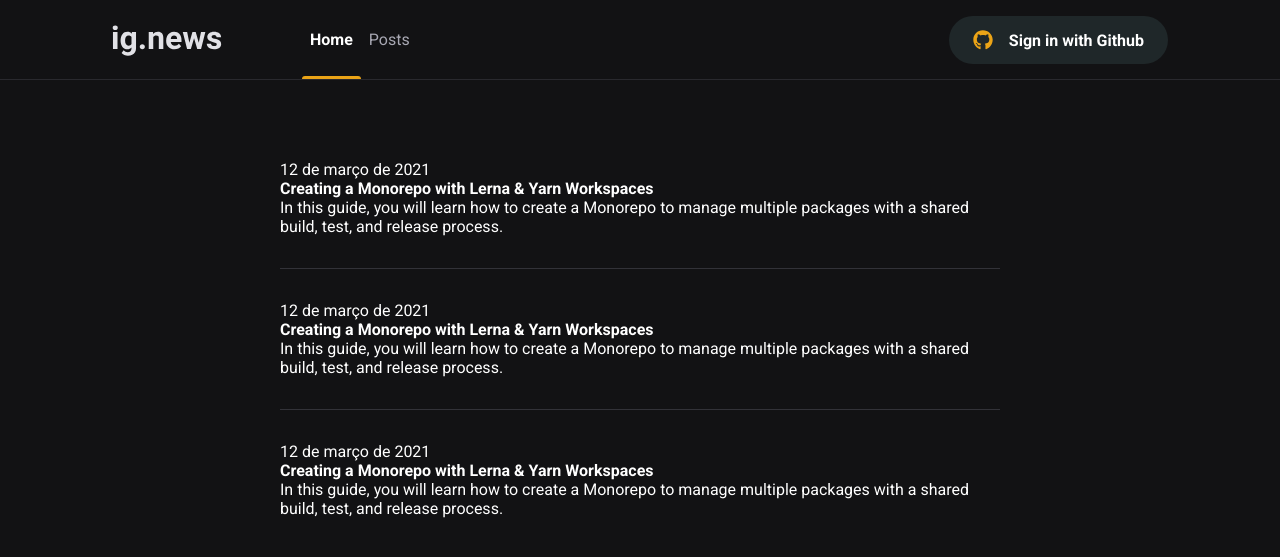
Repository: savinnsk/ignews
Page: /posts
The author's editor kept a copy of each file at every save. The page is drawn from the files as they stood at one save, then again after the next save.
The browser window is 1280 px wide. The pictures show the whole page.
The page's requests for data from a server got no answer. The project was rebuilt for these pictures with package versions that can differ from the ones it lists, and the page was loaded fresh each time. The framework's server and built-in components were replaced by stand-ins that run in the browser. No one was signed in, and anything a server would have sent is missing.

Above is the page before, as saved 2021-06-24 21:28:58.

After the next save:
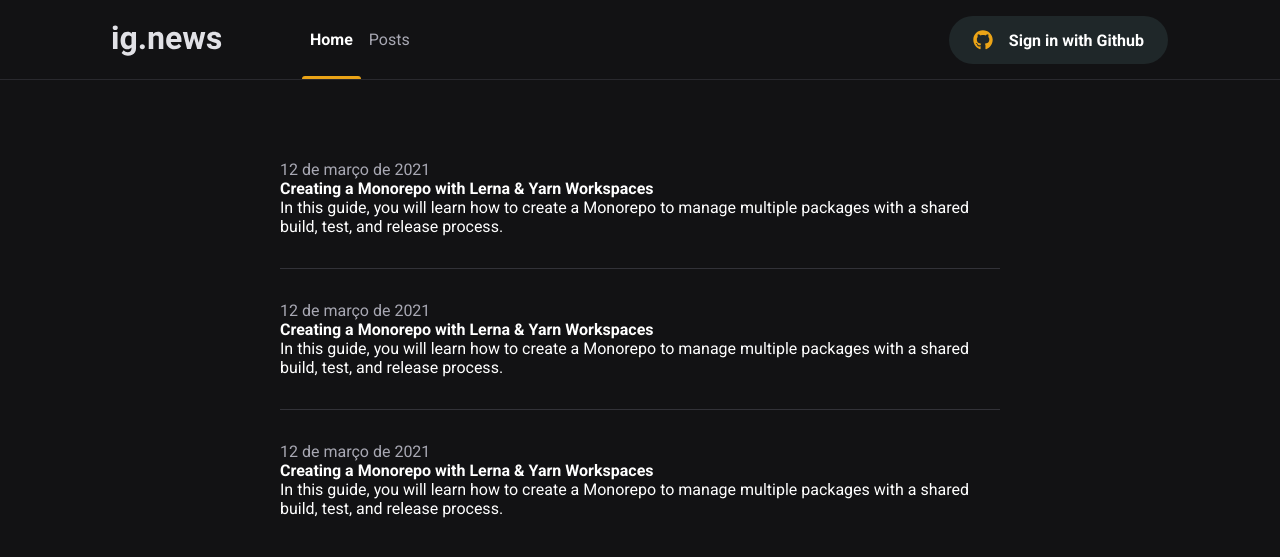
Saved 37 s later.
--- a/src/pages/posts/styles.module.scss
+++ b/src/pages/posts/styles.module.scss
@@ -21,6 +21,7 @@
             font-size:1rem;
             display: flex;
             align-items : center;
+            color : var(--gray300)
         }
     }
 }
